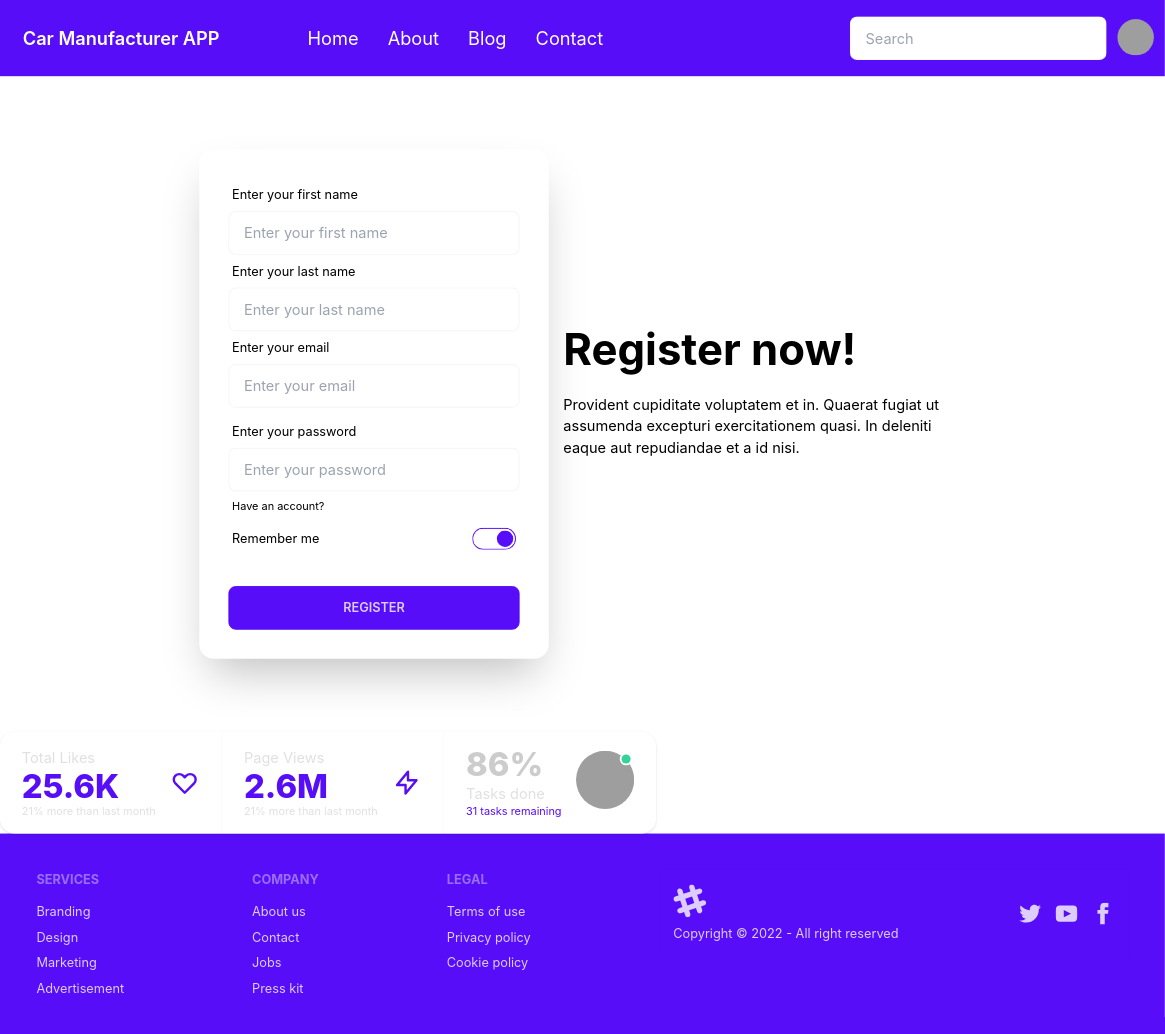
Repository: devsajid/car-manufacturer-app
Page: /register
The author's editor kept a copy of each file at every save. The page is drawn from the files as they stood at one save, then again after a run of saves.
The browser window is 1280 px wide. The pictures show the whole page, at 91% of full size.
Pictures or frames that could not be fetched are drawn as grey boxes. The project was rebuilt for these pictures with package versions that can differ from the ones it lists, and the page was loaded fresh each time. Also part of the build but not shown: src/App.css, src/Pages/Home/Home.js, src/Pages/About/About.js, src/Pages/Blog/Blog.js, src/Pages/Contact/Contact.js, src/Pages/Register/Login/Login.js.

Above is the page before, as saved 2022-05-23 00:14:45.

### src/App.js
import "./App.css";
import Navbar from "./SharedComponents/Navbar/Navbar";
import Home from "./Pages/Home/Home";
import About from "./Pages/About/About";
import Blog from "./Pages/Blog/Blog";
import { Routes, Route } from "react-router-dom";
import Contact from "./Pages/Contact/Contact";
import Register from "./Pages/Register/Register";
import Login from "./Pages/Register/Login/Login";
import Footer from "./SharedComponents/Footer/Footer";
import Portfolio from "./Pages/Portfolio/Portfolio";

function App() {
  return (
    <div>
      <Navbar></Navbar>
      <Routes>
        <Route path="/" element={<Home />} />
        <Route path="about" element={<About />} />
        <Route path="blog" element={<Blog />} />
        <Route path="contact" element={<Contact />} />
        <Route path="register" element={<Register />} />
        <Route path="login" element={<Login />} />
      </Routes>
      <Portfolio></Portfolio>
      <Footer></Footer>
    </div>
  );
}

export default App;

### src/SharedComponents/Navbar/Navbar.js
import React from "react";
import { Link } from "react-router-dom";

const Navbar = () => {
  return (
    <div>
      <div class="navbar bg-neutral text-base-100">
        <div class="navbar-start text-base-100">
          <div class="dropdown">
            <label tabindex="0" class="btn btn-ghost lg:hidden">
              <svg
                xmlns="http://www.w3.org/2000/svg"
                class="h-5 w-5"
                fill="none"
                viewBox="0 0 24 24"
                stroke="currentColor"
              >
                <path
                  stroke-linecap="round"
                  stroke-linejoin="round"
                  stroke-width="2"
                  d="M4 6h16M4 12h8m-8 6h16"
                />
              </svg>
            </label>
            <ul
              tabindex="0"
              class="menu menu-compact dropdown-content mt-3 p-2 shadow bg-neutral base-100 rounded-box w-100"
            >
              <li>
                <a>Home</a>
              </li>
              <li>
                <a>About</a>
              </li>
              <li>
                <a>Blog</a>
              </li>
              <li>
                <a>Contact</a>
              </li>
            </ul>
          </div>
          <a className="btn btn-ghost bg- normal-case text-base-100 text-xl">
            Car Manufacturer APP
          </a>
        </div>
        <div class="navbar hidden lg:flex">
          <ul class="menu menu-horizontal text-xl p-0">
            <li>
              <Link to="/">Home</Link>
            </li>

            <li>
              <Link to="/about">About</Link>
            </li>
            <li>
              <Link to="/blog">Blog</Link>
            </li>
            <li>
              <Link to="/contact">Contact</Link>
            </li>
          </ul>
        </div>
        <div class="flex-none gap-2">
          <div class="form-control">
            <input
              type="text"
              placeholder="Search"
              class="input input-bordered"
            />
          </div>
          <div class="dropdown dropdown-end navbar-end">
            <label tabindex="0" class="btn btn-ghost btn-circle avatar">
              <div class="w-10 rounded-full">
                <img src="https://api.lorem.space/image/face?hash=33791" />
              </div>
            </label>
            <ul
              tabindex="0"
              class="mt-3 p-2 shadow menu menu-compact dropdown-content bg-neutral base-100 rounded-box w-52"
            >
              <li>
                <a class="justify-between">
                  Profile
                  <span class="badge">New</span>
                </a>
              </li>
              <li>
                <Link to="/register">Register</Link>
              </li>
              <li>
                <a>Logout</a>
              </li>
            </ul>
          </div>
        </div>
      </div>
    </div>
  );
};

export default Navbar;

### src/Pages/Register/Register.js
import React from "react";
import { Link } from "react-router-dom";

const Register = () => {
  return (
    <div>
      <div class="hero min-h-screen bg-base-100">
        <div class="hero-content flex-col lg:flex-row-reverse">
          <div class="text-center lg:text-left" style={{ width: "30rem" }}>
            <h1 class="text-5xl font-bold text-black">Register now!</h1>
            <p class="py-6 text-black">
              Provident cupiditate voluptatem et in. Quaerat fugiat ut assumenda
              excepturi exercitationem quasi. In deleniti eaque aut repudiandae
              et a id nisi.
            </p>
          </div>
          <div class="card flex-shrink-0 w-full max-w-sm shadow-2xl bg-base-100">
            <div class="card-body">
              <div class="form-control">
                <div class="form-control">
                  <label class="label">
                    <span
                      class="label-text text-black"
                      placeholder="Enter your first name"
                    >
                      Enter your first name
                    </span>
                  </label>
                  <input
                    type="text"
                    placeholder="Enter your first name"
                    class="input input-bordered"
                  />
                </div>
                <div class="form-control">
                  <label class="label">
                    <span
                      class="label-text text-black "
                      placeholder="Enter your last name"
                    >
                      Enter your last name
                    </span>
                  </label>
                  <input
                    type="text"
                    placeholder="Enter your last name"
                    class="input input-bordered"
                  />
                </div>

                <label class="label ">
                  <span
                    class="label-text text-black"
                    placeholder="Enter your email"
                  >
                    Enter your email
                  </span>
                </label>
                <input
                  type="text"
                  placeholder="Enter your email"
                  class="input input-bordered text-black"
                />
              </div>
              <div class="form-control">
                <label class="label">
                  <span
                    class="label-text text-black"
                    placeholder="Enter your password"
                  >
                    Enter your password
                  </span>
                </label>
                <input
                  type="text"
                  placeholder="Enter your password"
                  class="input input-bordered"
                />
                <label class="label">
                  <Link
                    to="/login"
                    class="label-text-alt link link-hover text-black"
                  >
                    Have an account?
                  </Link>
                </label>
                <label class="label cursor-pointer">
                  <span class="label-text text-black">Remember me</span>
                  <input
                    type="checkbox"
                    class="toggle toggle-primary"
                    checked
                  />
                </label>
              </div>
              <div class="form-control mt-6">
                <button class="btn btn-primary">Register</button>
              </div>
            </div>
          </div>
        </div>
      </div>
    </div>
  );
};

export default Register;

### src/SharedComponents/Footer/Footer.js
import React from "react";

const Footer = () => {
  return (
    <div>
      <footer class="footer p-10 bg-neutral text-neutral-content">
        <div>
          <span class="footer-title">Services</span>
          <a class="link link-hover">Branding</a>
          <a class="link link-hover">Design</a>
          <a class="link link-hover">Marketing</a>
          <a class="link link-hover">Advertisement</a>
        </div>
        <div>
          <span class="footer-title">Company</span>
          <a class="link link-hover">About us</a>
          <a class="link link-hover">Contact</a>
          <a class="link link-hover">Jobs</a>
          <a class="link link-hover">Press kit</a>
        </div>
        <div>
          <span class="footer-title">Legal</span>
          <a class="link link-hover">Terms of use</a>
          <a class="link link-hover">Privacy policy</a>
          <a class="link link-hover">Cookie policy</a>
        </div>

        <div class="footer items-center p-4 bg-neutral text-neutral-content">
          <div class=" items-center">
            <svg
              width="36"
              height="36"
              viewBox="0 0 24 24"
              xmlns="http://www.w3.org/2000/svg"
              fill-rule="evenodd"
              clip-rule="evenodd"
              class="fill-current"
            >
              <path d="M22.672 15.226l-2.432.811.841 2.515c.33 1.019-.209 2.127-1.23 2.456-1.15.325-2.148-.321-2.463-1.226l-.84-2.518-5.013 1.677.84 2.517c.391 1.203-.434 2.542-1.831 2.542-.88 0-1.601-.564-1.86-1.314l-.842-2.516-2.431.809c-1.135.328-2.145-.317-2.463-1.229-.329-1.018.211-2.127 1.231-2.456l2.432-.809-1.621-4.823-2.432.808c-1.355.384-2.558-.59-2.558-1.839 0-.817.509-1.582 1.327-1.846l2.433-.809-.842-2.515c-.33-1.02.211-2.129 1.232-2.458 1.02-.329 2.13.209 2.461 1.229l.842 2.515 5.011-1.677-.839-2.517c-.403-1.238.484-2.553 1.843-2.553.819 0 1.585.509 1.85 1.326l.841 2.517 2.431-.81c1.02-.33 2.131.211 2.461 1.229.332 1.018-.21 2.126-1.23 2.456l-2.433.809 1.622 4.823 2.433-.809c1.242-.401 2.557.484 2.557 1.838 0 .819-.51 1.583-1.328 1.847m-8.992-6.428l-5.01 1.675 1.619 4.828 5.011-1.674-1.62-4.829z"></path>
            </svg>
            <p>Copyright © 2022 - All right reserved</p>
          </div>
          <div class="grid-flow-col gap-4 md:place-self-center md:justify-self-end">
            <a>
              <svg
                xmlns="http://www.w3.org/2000/svg"
                width="24"
                height="24"
                viewBox="0 0 24 24"
                class="fill-current"
              >
                <path d="M24 4.557c-.883.392-1.832.656-2.828.775 1.017-.609 1.798-1.574 2.165-2.724-.951.564-2.005.974-3.127 1.195-.897-.957-2.178-1.555-3.594-1.555-3.179 0-5.515 2.966-4.797 6.045-4.091-.205-7.719-2.165-10.148-5.144-1.29 2.213-.669 5.108 1.523 6.574-.806-.026-1.566-.247-2.229-.616-.054 2.281 1.581 4.415 3.949 4.89-.693.188-1.452.232-2.224.084.626 1.956 2.444 3.379 4.6 3.419-2.07 1.623-4.678 2.348-7.29 2.04 2.179 1.397 4.768 2.212 7.548 2.212 9.142 0 14.307-7.721 13.995-14.646.962-.695 1.797-1.562 2.457-2.549z"></path>
              </svg>
            </a>
            <a>
              <svg
                xmlns="http://www.w3.org/2000/svg"
                width="24"
                height="24"
                viewBox="0 0 24 24"
                class="fill-current"
              >
                <path d="M19.615 3.184c-3.604-.246-11.631-.245-15.23 0-3.897.266-4.356 2.62-4.385 8.816.029 6.185.484 8.549 4.385 8.816 3.6.245 11.626.246 15.23 0 3.897-.266 4.356-2.62 4.385-8.816-.029-6.185-.484-8.549-4.385-8.816zm-10.615 12.816v-8l8 3.993-8 4.007z"></path>
              </svg>
            </a>
            <a>
              <svg
                xmlns="http://www.w3.org/2000/svg"
                width="24"
                height="24"
                viewBox="0 0 24 24"
                class="fill-current"
              >
                <path d="M9 8h-3v4h3v12h5v-12h3.642l.358-4h-4v-1.667c0-.955.192-1.333 1.115-1.333h2.885v-5h-3.808c-3.596 0-5.192 1.583-5.192 4.615v3.385z"></path>
              </svg>
            </a>
          </div>
        </div>
      </footer>
    </div>
  );
};

export default Footer;

### src/Pages/Portfolio/Portfolio.js
import React from "react";

const Portfolio = () => {
  return (
    <div>
      <div class="stats shadow">
        <div class="stat">
          <div class="stat-figure text-primary">
            <svg
              xmlns="http://www.w3.org/2000/svg"
              fill="none"
              viewBox="0 0 24 24"
              class="inline-block w-8 h-8 stroke-current"
            >
              <path
                stroke-linecap="round"
                stroke-linejoin="round"
                stroke-width="2"
                d="M4.318 6.318a4.5 4.5 0 000 6.364L12 20.364l7.682-7.682a4.5 4.5 0 00-6.364-6.364L12 7.636l-1.318-1.318a4.5 4.5 0 00-6.364 0z"
              ></path>
            </svg>
          </div>
          <div class="stat-title">Total Likes</div>
          <div class="stat-value text-primary">25.6K</div>
          <div class="stat-desc">21% more than last month</div>
        </div>

        <div class="stat">
          <div class="stat-figure text-secondary">
            <svg
              xmlns="http://www.w3.org/2000/svg"
              fill="none"
              viewBox="0 0 24 24"
              class="inline-block w-8 h-8 stroke-current"
            >
              <path
                stroke-linecap="round"
                stroke-linejoin="round"
                stroke-width="2"
                d="M13 10V3L4 14h7v7l9-11h-7z"
              ></path>
            </svg>
          </div>
          <div class="stat-title">Page Views</div>
          <div class="stat-value text-secondary">2.6M</div>
          <div class="stat-desc">21% more than last month</div>
        </div>

        <div class="stat">
          <div class="stat-figure text-secondary">
            <div class="avatar online">
              <div class="w-16 rounded-full">
                <img src="https://api.lorem.space/image/face?w=128&h=128" />
              </div>
            </div>
          </div>
          <div class="stat-value">86%</div>
          <div class="stat-title">Tasks done</div>
          <div class="stat-desc text-secondary">31 tasks remaining</div>
        </div>
      </div>
    </div>
  );
};

export default Portfolio;

### tailwind.config.js
module.exports = {
  content: ["./src/**/*.{js,jsx,ts,tsx}"],
  theme: {
    extend: {},
  },
  daisyui: {
    themes: [
      {
        mytheme: {
          primary: "#570DF8",

          secondary: "#570DF8",

          accent: "#F2F2F2",

          neutral: "#570DF8",

          info: "#3ABFF8",

          success: "#36D399",

          warning: "#FBBD23",

          error: "#F87272",
        },
      },
    ],
  },
  plugins: [require("daisyui")],
};

Loaded but not shown: public/index.html (common file); src/index.js (common file); src/index.css (common file); src/reportWebVitals.js (common file)

After the next 2 saves:
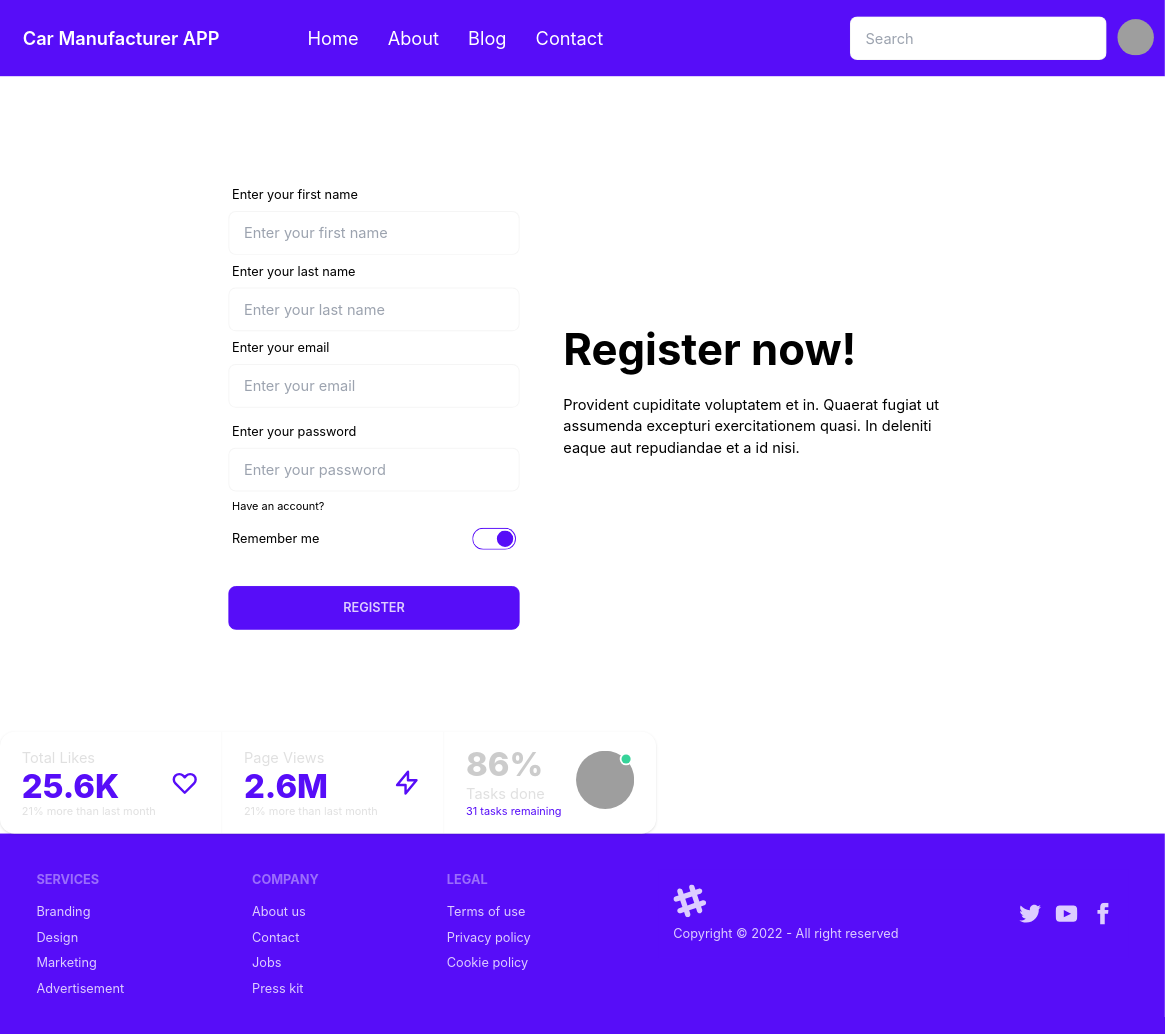
The 2 saves are shown as one change because they came seconds apart.
The last was saved 20 s later.
--- a/src/Pages/Register/Register.js
+++ b/src/Pages/Register/Register.js
@@ -14,7 +14,7 @@ const Register = () => {
               et a id nisi.
             </p>
           </div>
-          <div class="card flex-shrink-0 w-full max-w-sm shadow-2xl bg-base-100">
+          <div class="card flex-shrink-0 w-full max-w-sm shadow-1xl bg-base-100">
             <div class="card-body">
               <div class="form-control">
                 <div class="form-control">
